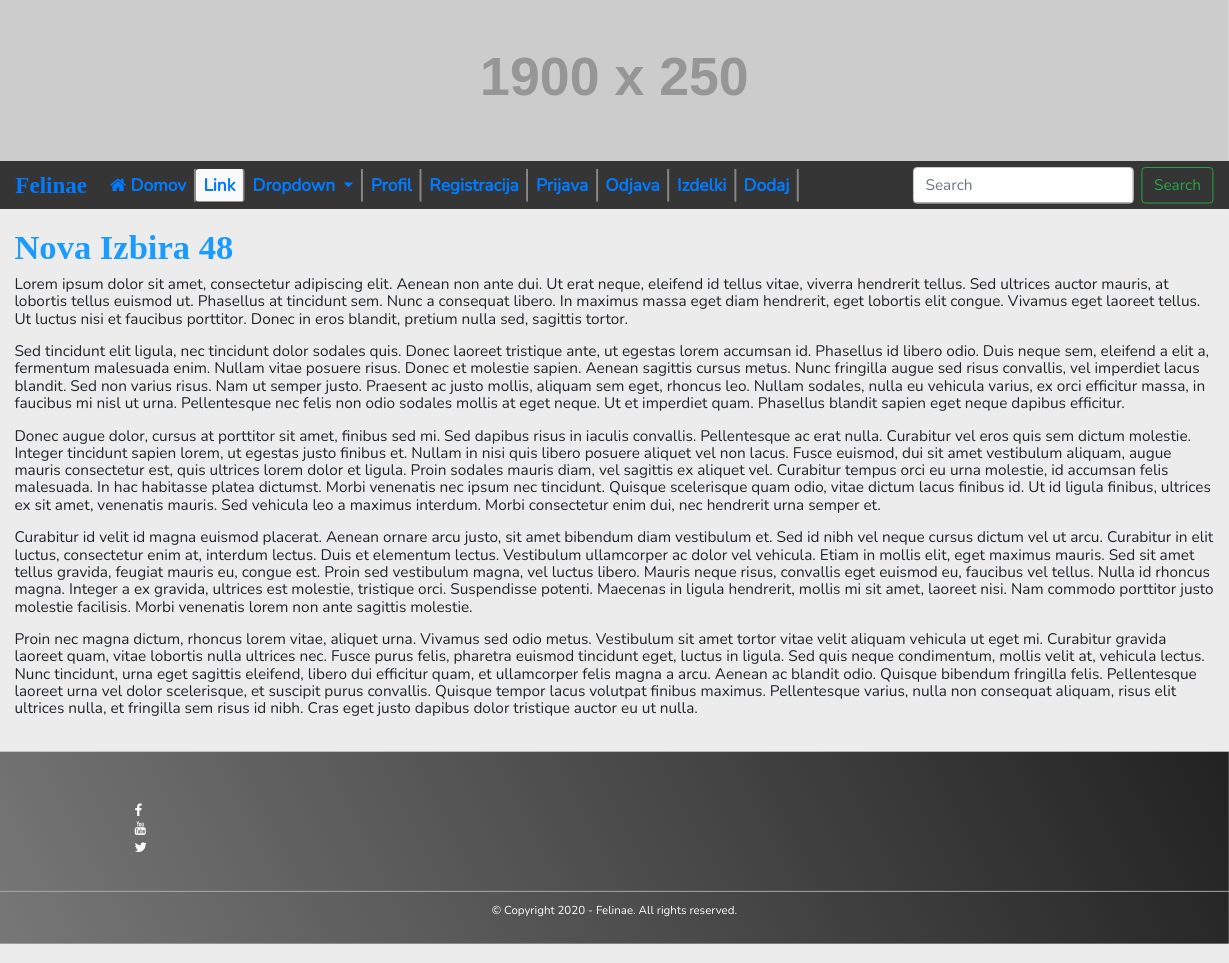
Repository: UrbyK/Felinae
Page: http://localhost/index.php?page=home
The author's editor kept a copy of each file at every save. The page is drawn from the files as they stood at one save, then again after the next save.
The browser window is 1280 px wide. The pictures show the whole page, at 96% of full size.
Some web fonts or font styles are not loaded; a fallback is used. The page is run by PHP 8.4 with error messages shown; the project is at /var/www/html/.

Above is the page before, as saved 2020-08-29 19:20:27.

### index.php
<?php
    session_start();

    include './functions.php';

    $pdo = pdo_connect_mysql();

    $_GET   = filter_input_array(INPUT_GET, FILTER_SANITIZE_STRING);
    $_POST  = filter_input_array(INPUT_POST, FILTER_SANITIZE_STRING);

    $page = isset($_GET['page']) && file_exists($_GET['page']. '.php') ? $_GET['page'] : 'home';
    include $page . '.php';

    template_footer();

?>

### functions.php
<?php
    include './includes/dbh.inc.php';

    include_once('./includes/search-functions.php');
    include_once('./includes/picture-upload.inc.php');

    function template_header($title){
        include_once('./header.php');
    }

    function template_footer(){
        include_once('./footer.php');
    }


    function countries(){
        $pdo = pdo_connect_mysql();
        $stmt = $pdo->prepare("SELECT * FROM country");
        $stmt->execute();
        $result = $stmt->fetchAll(PDO::FETCH_ASSOC);
        return $result;
    }

    function slugify($string){
        return strtolower(trim(preg_replace('/[^A-Za-z0-9-]+/', '-', $string), '-'));
    }

    function get_image($product_id){
        $pdo = pdo_connect_mysql();
        $stmt = $pdo->prepare("SELECT * FROM product_image WHERE product_id = ?");
        $stmt->execute([$product_id]);
        $result = $stmt->fetchAll(PDO::FETCH_ASSOC);
        return $result;
    }

    function retail_price($product_id){
        $pdo = pdo_connect_mysql();
        $stmt = $pdo->prepare("SELECT * FROM product WHERE ID = ?");
        $stmt->execute([$product_id]);
        $product = $stmt->fetch();

        if($product['startsAt'] <= date('Y-m-d H:i:s') && date('Y-m-d H:i:s') <= $product['endsAt']){
            $retail_price = round($product['price']-($product['price']*($product['discount']/100)), 2);
        }
        else{
            $retail_price = $product['price'];
        }

        return $retail_price;

    }

?>

### includes/dbh.inc.php
<?php
    function pdo_connect_mysql(){
        /* credentials */
        $dbHost = 'localhost';
        $dbUser = 'root';
        $dbPass = '';
        $dbName = 'felinae';

        try{
            return new PDO('mysql:host=' . $dbHost . ';dbname=' . $dbName . ';charset=utf8', $dbUser, $dbPass);
        } catch (PDOException $exception) {
            // If there is an error with the connection, stop the script and display the error.
            die ('Failed to connect to database!'. $exception->getMessage());
        }
    }
?>

### includes/search-functions.php
<?php
    function get_city($pdo, $city, $postalCode, $country_id){

        $query = "SELECT * FROM city WHERE country_id = ? AND lower(city) LIKE lower(?) AND postalCode = ?";
        $stmt = $pdo->prepare($query);
        $stmt->execute([$country_id, $city, $postalCode]);
        return $stmt;
    }
?>

### includes/picture-upload.inc.php
<?php

    function image_upload($product_id, $url, $caption, $i){

        $pdo = pdo_connect_mysql();
        $target_dir = "./uploads/";
        $relative_dir = "./uploads/";

        $change_name = date("Y-m-d-h-i-s")."-".$product_id."-".basename($url);
        $change_name;
        $target_file = $target_dir . $change_name;
        $relative_file = $relative_dir . $change_name;

        $uploadOk = 1;
        $imageFileType = strtolower(pathinfo($target_file,PATHINFO_EXTENSION));

        if(isset($_POST["submit"])) {
            $check = getimagesize($_FILES["image"]["tmp_name"][$i]);
            if($check !== false) {
                //echo "File is an image - " . $check["mime"] . ".";
                $uploadOk = 1;
            } else {
                //echo "File is not an image.";
                $uploadOk = 0;
            }
        }

        if($imageFileType != "jpg" && $imageFileType != "png" && $imageFileType != "jpeg"
        && $imageFileType != "gif" ) {
            $uploadOk = 0;
        }

        if ($uploadOk == 1) {
            if (move_uploaded_file($_FILES["image"]["tmp_name"][$i], $target_file)) {
                //vse je ok, zapišem še v bazo
                $query = "INSERT INTO product_image(product_id, image, caption) VALUES (?,?,?)";
                $stmt = $pdo->prepare($query);
                $stmt->execute([$product_id, $relative_file, $caption]);
            }
        }
    }

?>

### home.php
<?=template_header('Home')?>
<div class="row">
    <h1>Nova Izbira 48</h1>
    <p>
    Lorem ipsum dolor sit amet, consectetur adipiscing elit. Aenean non ante dui. Ut erat neque, eleifend id tellus vitae, viverra hendrerit tellus. Sed ultrices auctor mauris, at lobortis tellus euismod ut. Phasellus at tincidunt sem. Nunc a consequat libero. In maximus massa eget diam hendrerit, eget lobortis elit congue. Vivamus eget laoreet tellus. Ut luctus nisi et faucibus porttitor. Donec in eros blandit, pretium nulla sed, sagittis tortor.
    </p>
    <p>
    Sed tincidunt elit ligula, nec tincidunt dolor sodales quis. Donec laoreet tristique ante, ut egestas lorem accumsan id. Phasellus id libero odio. Duis neque sem, eleifend a elit a, fermentum malesuada enim. Nullam vitae posuere risus. Donec et molestie sapien. Aenean sagittis cursus metus. Nunc fringilla augue sed risus convallis, vel imperdiet lacus blandit. Sed non varius risus. Nam ut semper justo. Praesent ac justo mollis, aliquam sem eget, rhoncus leo. Nullam sodales, nulla eu vehicula varius, ex orci efficitur massa, in faucibus mi nisl ut urna. Pellentesque nec felis non odio sodales mollis at eget neque. Ut et imperdiet quam. Phasellus blandit sapien eget neque dapibus efficitur.
    </p>
    <p>
    Donec augue dolor, cursus at porttitor sit amet, finibus sed mi. Sed dapibus risus in iaculis convallis. Pellentesque ac erat nulla. Curabitur vel eros quis sem dictum molestie. Integer tincidunt sapien lorem, ut egestas justo finibus et. Nullam in nisi quis libero posuere aliquet vel non lacus. Fusce euismod, dui sit amet vestibulum aliquam, augue mauris consectetur est, quis ultrices lorem dolor et ligula. Proin sodales mauris diam, vel sagittis ex aliquet vel. Curabitur tempus orci eu urna molestie, id accumsan felis malesuada. In hac habitasse platea dictumst. Morbi venenatis nec ipsum nec tincidunt. Quisque scelerisque quam odio, vitae dictum lacus finibus id. Ut id ligula finibus, ultrices ex sit amet, venenatis mauris. Sed vehicula leo a maximus interdum. Morbi consectetur enim dui, nec hendrerit urna semper et.
    </p>
    <p>
    Curabitur id velit id magna euismod placerat. Aenean ornare arcu justo, sit amet bibendum diam vestibulum et. Sed id nibh vel neque cursus dictum vel ut arcu. Curabitur in elit luctus, consectetur enim at, interdum lectus. Duis et elementum lectus. Vestibulum ullamcorper ac dolor vel vehicula. Etiam in mollis elit, eget maximus mauris. Sed sit amet tellus gravida, feugiat mauris eu, congue est. Proin sed vestibulum magna, vel luctus libero. Mauris neque risus, convallis eget euismod eu, faucibus vel tellus. Nulla id rhoncus magna. Integer a ex gravida, ultrices est molestie, tristique orci. Suspendisse potenti. Maecenas in ligula hendrerit, mollis mi sit amet, laoreet nisi. Nam commodo porttitor justo molestie facilisis. Morbi venenatis lorem non ante sagittis molestie.
    </p>
    <p>
    Proin nec magna dictum, rhoncus lorem vitae, aliquet urna. Vivamus sed odio metus. Vestibulum sit amet tortor vitae velit aliquam vehicula ut eget mi. Curabitur gravida laoreet quam, vitae lobortis nulla ultrices nec. Fusce purus felis, pharetra euismod tincidunt eget, luctus in ligula. Sed quis neque condimentum, mollis velit at, vehicula lectus. Nunc tincidunt, urna eget sagittis eleifend, libero dui efficitur quam, et ullamcorper felis magna a arcu. Aenean ac blandit odio. Quisque bibendum fringilla felis. Pellentesque laoreet urna vel dolor scelerisque, et suscipit purus convallis. Quisque tempor lacus volutpat finibus maximus. Pellentesque varius, nulla non consequat aliquam, risus elit ultrices nulla, et fringilla sem risus id nibh. Cras eget justo dapibus dolor tristique auctor eu ut nulla.
    </p>
</div>

<?=template_footer()?>

### footer.php
    </div><!-- class="container-fluid" --->

        <footer class="page-footer font-small flow-footer" id="footer" role="contentinfo">
            <div class="footer-wrapper">
                <div class="container container-footer">
                    <div class="row">
                        <div class="col-12">
                            <ul class="social-network social-circle">
                                <li><a href="https://www.facebook.com" target="_blank" class="icoFacebook" title="Facebook"><i class="fa fa-facebook-f"></i></a></li>
                                <li><a href="https://www.linkedin.com" target="_blank" class="icoLinkedin" title="Linkedin"><i class="fab fa-linkedin-in"></i></a></li>
                                <li><a href="https://www.youtube.com" target="_blank" class="icoYoutube" title="Youtube"><i class="fa fa-youtube"></i></a></li>
                                <li><a href="https://twitter.com" target="_blank" class="icoTwitter" title="Twitter"><i class="fa fa-twitter"></i></a></li>
                            </ul>
                            </div>
                        </div>
                    </div>
                    <div class="row">
                        <div class="col-12 copy">
                            <p class="text-center">&copy; Copyright 2020 - Felinae.  All rights reserved.</p>
                        </div>
                    </div>
                </div>
            </div>
        </footer>





    </body>
</html>

### css/style.css
@import url('http://fonts.googleapis.com/css?family=Oxygen+Mono');
@import url('https://fonts.googleapis.com/css?family=Damion|Neucha|Pacifico|Yellowtail&display=swap');
@import url('https://fonts.googleapis.com/css2?family=Crimson+Text&family=Nunito&family=Overlock&family=Source+Sans+Pro&display=swap');
@import url('https://fonts.googleapis.com/css2?family=Love+Ya+Like+A+Sister&display=swap');

*{
    text-decoration: none;
    list-style: none;
}

body{
    padding: 0;
    margin: 0 auto;
    font-size: 16px;
    line-height: 1.125em;
    font-family: 'Nunito', 'Source Sans Pro', sans-serif;
    background-color: #ececec;
    height: 100%;
}

h1, h2, h3, h4, h5, h6{
    font-family: 'Overlock', 'Crimson Text', cursive, serif;
    color: #1b9bff;
    font-weight: 550;
    line-height: 1.125em;
}

h1{
    font-size: 36px;
}
h2{
    font-size: 32px;
}
h3{
    font-size: 28px;
}
h4{
    font-size: 24px;
}
h5{
    font-size: 20px;
}
h6{
    font-size: 16px;
}

.container, .container-fluid{
  height: 100%;
  min-height: 100%;
}

/* BANNER */

@media all and (max-width: 800px){
  .banner{
     display: none;
  }
}

.banner img{
    width: 100%;
    height: auto;
}

/*NAVBAR*/
.navbar{
    background-color: rgb(53,53,53);
    font-size: 18px;
    font-weight: 600;
    max-height: 50px;
}

.navbar-brand{
    font-size: 24px;
    font-family: 'Love Ya Like A Sister','Overlock';
    font-weight: 800;

}

.custom-toggler .navbar-toggler-icon {
    background-image: url("data:[embedded picture, 239 characters]");
  }

  .custom-toggler, .navbar-toggler {
    border-color: rgb(27, 155, 255);
    border-width: 2px;
  }

  .active{
    background-color: #FAFAFA;
    border-radius: 3px;
  }
.navbar-nav .nav-item{
    border-right: 2px solid #888;
}

/*=======FOOTER=========*/
footer {
  background: #535355;
  background: -webkit-linear-gradient(63deg, #777777, #222222);
  background: linear-gradient(63deg, #777777, #222222);
  color: white;
  height: auto;
  position: relative;
  width: 100%;
}

footer a {
  color: #fefefe;
  font-size: 14px;
  transition-duration: 0.2s;
}

footer a:hover {
  color: #1b9bff;
  text-decoration: none;
}

.copy {
  font-size: 12px;
  padding: 10px;
  border-top: 1px solid #aaa;
}

.footer-wrapper {
  padding-top: 2em;
  color: white;
}



/*REGISTER/LOGIN FORM*/

.my-form .hint{
    font-size: 10px;
}

/*======PRODUCT ADD======*/
.form-group .col #charNum{
  float: right;
}

/*======== HOVERBOX ==============*/
/* displays text when you hover over the image */
.hvrbox,
.hvrbox * {
  box-sizing: border-box;
}

.hvrbox {
  position: relative;
  display: inline-block;
  overflow: hidden;

  height: 100%;
  width: auto;
  margin-top: 5%;
  padding-bottom: 10px;

  border-bottom: 1px dashed #aaa;
}

.hvrbox img {
  max-width: 100%;
  margin: auto;
}

.hvrbox .hvrbox-layer_bottom {
  display: block;
}

.hvrbox .hvrbox-layer_top {
  opacity: 0;
  position: absolute;
  top: 0;
  left: 0;
  right: 0;
  bottom: 0;
  width: 100%;
  height: 100%;
  background: rgba(0, 0, 0, 0.6);
  color: #fff;
  padding: 15px;
  -moz-transition: all 0.5s ease-in-out 0s;
  -webkit-transition: all 0.5s ease-in-out 0s;
  -ms-transition: all 0.5s ease-in-out 0s;
  transition: all 0.5s ease-in-out 0s;
}

.hvrbox:hover .hvrbox-layer_top,
.hvrbox.active .hvrbox-layer_top {
  opacity: 1;
  height: 100%;
}

.hvrbox .hvrbox-text {
  text-align: center;
  font-size: 17px;
  display: inline-block;
  position: absolute;
  top: 50%;
  left: 50%;
  -moz-transform: translate(-50%, -50%);
  -webkit-transform: translate(-50%, -50%);
  -ms-transform: translate(-50%, -50%);
  transform: translate(-50%, -50%);
}

.hvrbox .hvrbox-text_mobile {
  font-size: 15px;
  border-top: 1px solid rgb(179, 179, 179); /* for old browsers */
  border-top: 1px solid rgba(179, 179, 179, 0.7);
  margin-top: 5px;
  padding-top: 2px;
  display: none;
}

.hvrbox.active .hvrbox-text_mobile {
  display: block;
}

.hvrbox .hvrbox-layer_slideup {
  -moz-transform: translateY(100%);
  -webkit-transform: translateY(100%);
  -ms-transform: translateY(100%);
  transform: translateY(100%);
}

.hvrbox:hover .hvrbox-layer_slideup,
.hvrbox.active .hvrbox-layer_slideup {
  -moz-transform: translateY(0);
  -webkit-transform: translateY(0);
  -ms-transform: translateY(0);
  transform: translateY(0);
}

.hvrbox:hover .price{
  color: #fff;
  -moz-transition: color 0.8s ease 0s;
  -webkit-transition: color 0.8s ease 0s;
  -ms-transition: color 0.8s ease 0s;
  transition: color 0.8s ease 0s;
}

/*========PRODUCTS=========*/
.card-btn form input{
  max-width: 250px;
  width: 100%;
}

form input[type="number"] {
  width: 100%;
	padding: 10px;
	margin-bottom: 15px;
	border: 1px solid #aaa;
	color: #555555;
  border-radius: 5px;
  -moz-appearance: textfield;
}

form input[type="submit"] {
	background-color: #1b9bff;;
	border: 0;
	color: #FFFFFF;
	width: 100%;
	padding: 12px 0;
	text-transform: uppercase;
	font-size: 14px;
	font-weight: bold;
	border-radius: 5px;
  cursor: pointer;

}

form input[type="submit"]:hover {
	background-color: #1a5f94;;
}


.product-item {
  background-color: #fff;
  border: 1px solid black;
}

.product-name{
  font-size: 16px;
  /*padding-top: 15px;*/
  font-weight: bold;
  color: #1b9bff;
  font-family: 'Franklin Gothic Medium', 'Arial Narrow', Arial, sans-serif;
}

.product-name:hover{
color: #1a5f94;
}



/* THUMBNAIL FOR IMAGE PREVIEW ON PRODUCTS*/
.img-thumbnail{
  max-height: 100%;
  height: auto;
  width: auto;
}

.row{
  margin: 20px auto;
}


/* CARD */
.products-preview{
  max-height: 450px;
}

.products-preview-body{
  height: 200px;

}

.products-preview-body ul{
  list-style: none;
  padding: 0;
}
/*
.products-preview-body span {
  position: relative;
  display: block;
}*/

/*==products prices==*/
.card-btn{
  margin: 20px auto;
}

.price{
  font-weight: bold;
  font-size: 20px;
  color: #3f3f3f;
  }

.old-price{
  font-size: 20px;
  margin: 0 5px;
  font-weight: normal;
  color: #777;
}

.discount{
  font-size: 18px;
  color: #eee;
  font-weight: 900;
  border: 2px solid #009900;
  border-radius: 50%;
  background-color: #009900;
  margin: 3px;
  padding: 5px;
  float: right;
  text-decoration: none;
}

del, .old-price{
  text-decoration: line-through;
}

input[type=submit]:disabled{
  background-color: #346081;
}

.product-picture{
  display: flex;
  align-items: center;
  justify-content: center;
}

.product-picture img{
  align-items: center;
  justify-content: center;
  max-width: 100%;
  margin: auto;
  border: 2px solid #aaa;
  max-height: 650px;
  /*border-radius: 50px;*/
}



.product-info{
  margin: auto 0;
  padding-right: 5%;
  padding-bottom: 55px;
  background-color: #efefef;
}

.product-info h1 {
	font-size: 34px;
	font-weight: normal;
	margin: 0;
  padding: 20px 0 10px 0;
  color: #1b9bff;
  font-family:  'Franklin Gothic Medium', 'Arial Narrow', Arial, sans-serif;
}

.product-info .price {
	display: block;
	font-size: 22px;
}

.product-info form {
	display: flex;
	flex-flow: column;
  margin: 40px 0;
}

.product-info form input,
.card-btn form input{
  max-width: 250px;
  width: 100%;
}

.product-info form input[type="number"],
.card-btn form input[type="number"],
.cart form input[type="number"] {
  width: 100%;
	padding: 10px;
	margin-bottom: 15px;
	border: 1px solid #aaa;
	color: #555555;
  border-radius: 5px;
  -moz-appearance: textfield;
}

.product-info form input[type="submit"],
.card-btn form input[type="submit"] {
	background-color: #1b9bff;;
	border: 0;
	color: #FFFFFF;
	width: 100%;
	padding: 12px 0;
	text-transform: uppercase;
	font-size: 14px;
	font-weight: bold;
	border-radius: 5px;
  cursor: pointer;

}
.product-info form input[type="submit"]:hover,
.card-btn form input[type="submit"]:hover {
	background-color: #1a5f94;;
}
/*
.product-price .old-price{
  float: left;
}
*/
li .discount{
  float: none;
  text-decoration: none !important;
}

.product-price .retail-price{
  font-size: 38px;
  margin-top: 24px;
}

/*===CAROUSEL===*/
.carousel-control:hover{
  background-color: rgba(51, 51, 51, 0.5);
}

.carousel-inner {
  margin: auto 0;
}

.sales-date{
  margin-bottom: 10px;
  font-size: 18px;
  color: #009900;
}

.whitespace{
  white-space: pre-wrap;
}

.products-preview{
  margin: 5px auto;
}

.measurements{
  white-space: nowrap;
}

.measurements li{
  display: inline;
}


/*======FOOTER======*/

Loaded but not shown: js/active-menu.js (12 lines, source omitted); header.php (93 lines, source omitted)

After the next save:
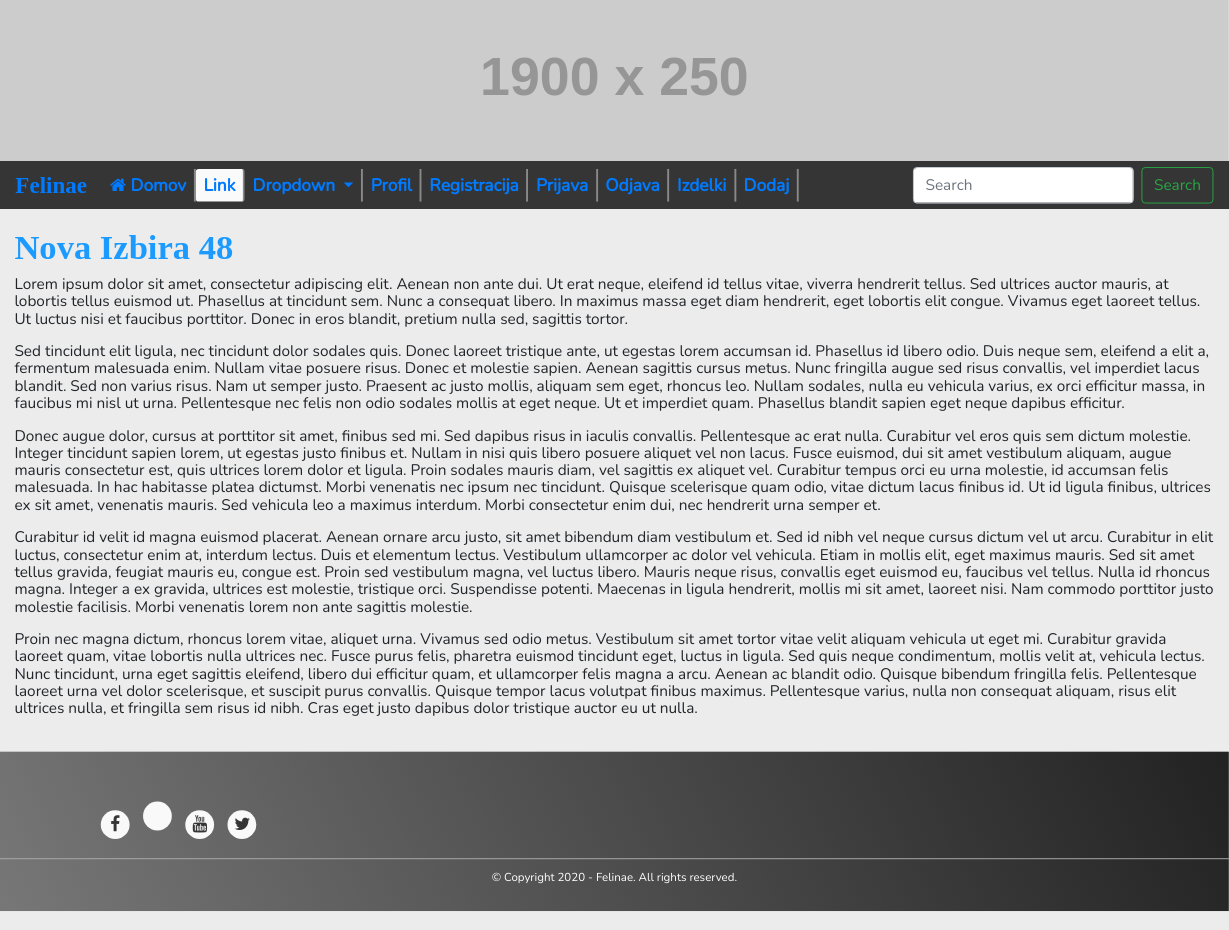
Saved 25 s later.
--- a/css/style.css
+++ b/css/style.css
@@ -127,6 +127,97 @@ footer a:hover {
   color: white;
 }
 
+
+/*social icons*/
+
+ul.social-network {
+  list-style: none;
+  display: inline;
+  margin-left: 0 !important;
+  padding: 0;
+}
+
+ul.social-network li {
+  display: inline;
+  margin: 0 5px;
+}
+
+
+/* footer social icons */
+
+.social-network a.icoFacebook:hover {
+  background-color: #3B5998;
+}
+
+.social-network a.icoLinkedin:hover {
+  background-color: #007bb7;
+}
+
+.social-network a.icoYoutube:hover {
+    background-color: #FF0000;
+}
+
+.social-network a.icoTwitter:hover {
+    background-color: #00aced;
+}
+
+.social-network a.icoFacebook:hover i,
+.social-network a.icoLinkedin:hover i,
+.social-network a.icoYoutube:hover i,
+.social-network a.icoTwitter:hover i{
+  color: #fff;
+}
+
+.social-network a.socialIcon:hover,
+.socialHoverClass {
+  color: #44BCDD;
+}
+
+.social-circle li a {
+  display: inline-block;
+  position: relative;
+  margin: 0 auto 0 auto;
+  -moz-border-radius: 50%;
+  -webkit-border-radius: 50%;
+  border-radius: 50%;
+  text-align: center;
+  width: 30px;
+  height: 30px;
+  font-size: 18px;
+  color: #353535;
+}
+
+.social-circle li i {
+  margin: 0;
+  line-height: 30px;
+  text-align: center;
+}
+
+.social-circle li a:hover {
+  -moz-transform: rotate(360deg);
+  -webkit-transform: rotate(360deg);
+  -ms--transform: rotate(360deg);
+  transform: rotate(360deg);
+  -webkit-transition: all 0.6s;
+  -moz-transition: all 0.6s;
+  -o-transition: all 0.6s;
+  -ms-transition: all 0.6s;
+  transition: all 0.6s;
+  color: #fff;
+}
+
+.social-circle i {
+  color: #353535;
+  -webkit-transition: all 0.8s;
+  -moz-transition: all 0.8s;
+  -o-transition: all 0.8s;
+  -ms-transition: all 0.8s;
+  transition: all 0.8s;
+}
+/* backgounf of icons when displayed */
+.social-network a {
+  background-color: #f9f9f9;
+}
 
 
 /*REGISTER/LOGIN FORM*/
